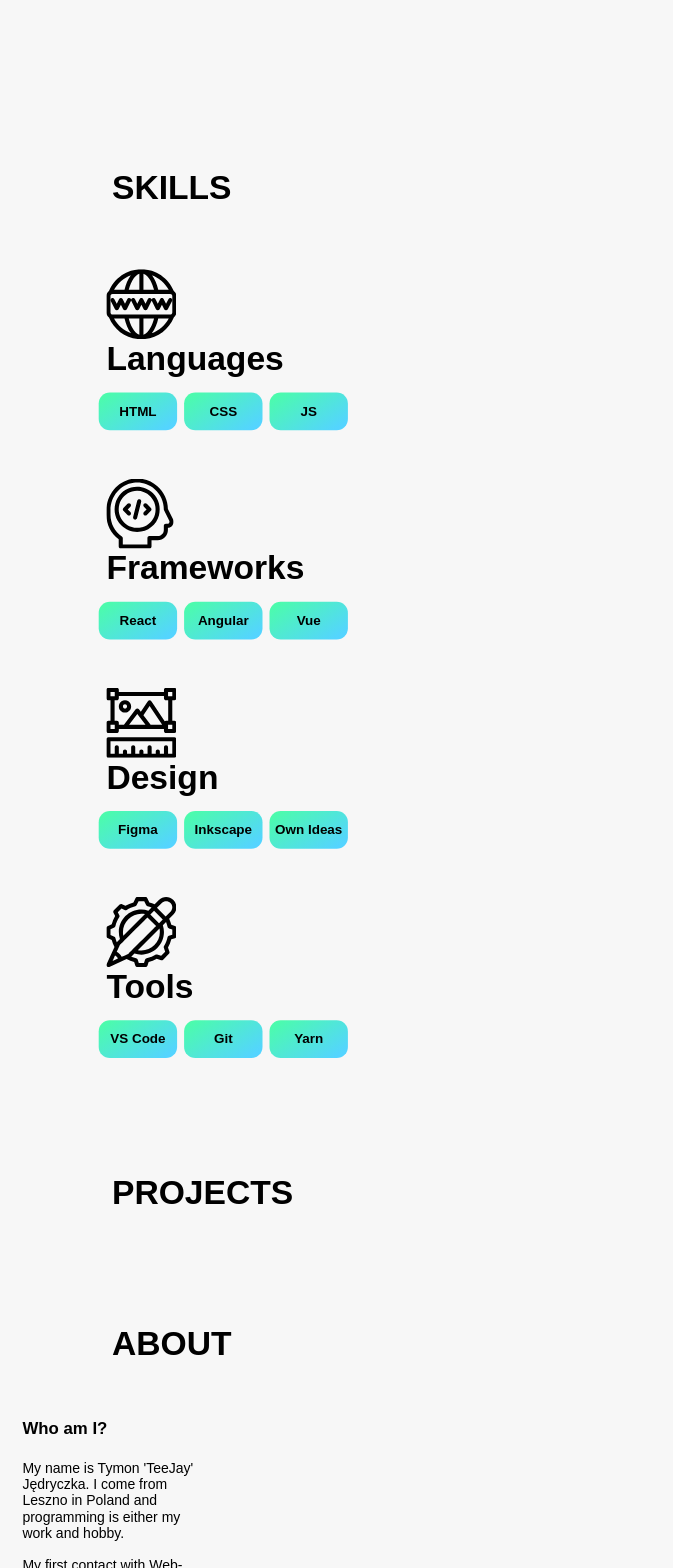
Repository: TeeJaysDev/Portfolio
Page: index.html
An editor plug-in stored every save of this project. The page is shown before and after the next save, followed by the edit.
The browser window is 600 px wide. The page is 961 px wide, so the pictures cover 961 px, including what lies to the right of the window. The pictures show the part of the page from y = 812 to 3052 px (the page is 3948 px tall before and 4046 px after), at 70% of full size.

Above is the page before, as saved 2021-04-26 15:55:28.

### index.html
<!DOCTYPE html>
<html lang="en">
<head>
    <meta charset="UTF-8">
    <meta http-equiv="X-UA-Compatible" content="IE=edge">
    <meta name="viewport" content="width=device-width, initial-scale=1.0">
    <script type="text/javascript" src="script.js"></script>
    <link rel="stylesheet" href="style.css">
    <link href="https://fonts.googleapis.com/css2?family=Raleway&display=swap" rel="stylesheet">
    <link href="https://fonts.googleapis.com/css2?family=Quicksand:wght@700&display=swap" rel="stylesheet">
    <title>Tymon Jędryczka | Portfolio</title>
</head>
<body>
    <nav>
        <a href="#skills"><h3>skills</h3></a>
        <a href="#projects"><h3>projects</h3></a>
        <a href="#about"><h3>about</h3></a>
        <a href="#contact"><h3>contact</h3></a>
    </nav>
    <header>
        <h2 class="welcome_part_h1">h1</h2>
        <h1 class="welcome_part">
            Hi, I'm <strong>Tymon</strong><br>
            I design <strong>and</strong><br>
            build <strong>incredible</strong><br>
            websites / <strong>webapps</strong>
        </h1>
        <h2 class="welcome_part_h2">
            Web Dev and UX/UI Designer from Poland
        </h2>
    </header>
    <main>
        <h1>
            SKILLS
        </h1>
        <section id="skills">
            <div class="languages">
                <div class="box">
                    <div class="image_h2">
                        <img src="Images/svg/languages.svg">
                        <h2>Languages</h2>
                    </div>
                    <div class="text">
                        <li>HTML</li>
                        <li>CSS</li>
                        <li>JS</li>
                    </div>
                </div>
            </div>
            <div class="frameworks">
                <div class="box">
                    <div class="image_h2">
                        <img src="Images/svg/frameworks.svg">
                        <h2>Frameworks</h2>
                    </div>
                    <div class="text">
                        <li>React</li>
                        <li>Angular</li>
                        <li>Vue</li>
                    </div>
                </div>
            </div>
            <div class="design">
                <div class="box">
                    <div class="image_h2">
                        <img src="Images/svg/design.svg">
                        <h2>Design</h2>
                    </div>
                    <div class="text">
                        <li>Figma</li>
                        <li>Inkscape</li>
                        <li>Own Ideas</li>
                    </div>
                </div>
            </div>
            <div class="tools">
                <div class="box">
                    <div class="image_h2">
                        <img src="Images/svg/tools.svg">
                        <h2>Tools</h2>
                    </div>
                    <div class="text">
                        <li>VS Code</li>
                        <li>Git</li>
                        <li>Yarn</li>
                    </div>
                </div>
            </div>
        </section>
        <section id="projects">
            <h1>
                PROJECTS
            </h1>
        </section>
        <section id="about">
            <h1>
                ABOUT
            </h1>
            <h2>
                Who am I?
            </h2>
            <p>
                My name is Tymon 'TeeJay' Jędryczka. I come from Leszno in Poland and programming is either my work and hobby.
                <br><br>
                My first contact with Web- and Front-End Development was in the last class of Primary School. In IT classes we had to make a simple website (text, photos, table - nothing special). And I loved it. I started thinking of becoming a full-time web dev.
                <!-- <br><br> I am also a self-taught dev and with CodeCademy and YouTube I get knowledge of HTML5, CSS3, JS, and its frameworks (React, Angular, Vue). I call myself a 2-in-1 developer 'cause I design things (usually in Figma) and then make them real by writing some code. -->
                <br><br>
                So if you are looking for somebody to hire who is punctual, reliable, has a great deal of knowledge and even though, still want to learn new, useful technologies, my answer is "HERE I AM".
            </p>
        </section>
        <section id="contact">
            <h1>
                CONTACT
            </h1>
        </section>
    </main>
    <footer>
        <h4>2021 &copy; Tymon 'TeeJay' Jędryczka</h4>
        <li><a href="https://facebook.com/tymonjedr/" target="_blank"><img src="Images/svg/facebook.svg" alt="Facebook LOGO"></a></li>
        <li><a href="https://linkedin.com/in/tymon-jedryczka/" target="_blank"><img src="Images/svg/linkedin.svg" alt="LinkedIn LOGO"></a></li>
        <li><a href="https://github.com/TeeJaysDev" target="_blank"><img src="Images/svg/github.svg" alt="GitHub LOGO"></a></li>
        <li><a href="https://stackoverflow.com/users/15029595/teejaysdev" target="_blank"><img src="Images/svg/stack.svg" alt="Stack LOGO"></a></li>
        <li><a href="https://codecademy.com/profiles/TeeJaysDev" target=”_blank”><img src="Images/svg/codecademy.svg" alt="CodeCademy LOGO"></a></li>
    </footer>
</body>
</html>

### style.css
* {
    margin: 0;
    padding: 0;
    font-family: sans-serif;
    text-decoration: none;
}

body {
    background-color: #F7F7F7;
}

nav {
    display: flex;
    justify-content: flex-end;
}

nav a {
    color: #000000;
    padding: 0.938rem;
    margin-top: 2rem;
    margin-right: 3.125rem;
    font-size: 1.563rem;
}

header h1 strong {
    background-image: linear-gradient(147deg, #4bffa5, #54d4ff 90%);
    background-size: 100%;
    background-repeat: repeat;
    background-clip: text;
    -webkit-background-clip: text;
    -webkit-text-fill-color: transparent;
    -moz-background-clip: text;
    -moz-text-fill-color: transparent;
    -webkit-text-stroke: 0.5px black;
}

.welcome_part_h1 {
    font-family: monospace;
    font-size: 3.75rem;
    margin-top: 9rem;
    margin-left: 2.5rem;
    margin-bottom: 0rem;
}

.welcome_part {
    margin-top: 2rem;
    margin-left: 5rem;
    margin-bottom: 2rem;
    font-family: Raleway;
    font-weight: lighter;
    font-size: 5rem;
    min-width: 18ch;
}

.welcome_part_h2 {
    margin-bottom: 18rem;
    margin-left: 4rem;
}

.box .image_h2 {

    justify-items: center;
}

#skills {
    display: grid;
    justify-content: center;
    grid-template-columns: repeat(auto-fit, 400px);
    margin-left: 4.5rem;
}

main h1 {
    font-size: 5rem;
    margin-left: 10rem;
    margin-top: 10rem;
}

.image_h2 {
    display: flex;
    flex-wrap: wrap;
    align-items: flex-start;
    margin: 4rem 20rem 1rem 1rem;
    font-size: 2rem;
}

.text {
    display: flex;
    flex-wrap: wrap;
}

.text li {
    list-style: none;
    margin: 1rem;
    color: #000000;
    font-weight: bold;
    font-size: 1.2rem;
    text-align: center;
    align-items: center;
    border-radius: 1rem;
    margin: 0.3125rem 0.3125rem;
    width: 7rem;
    background-image: linear-gradient(147deg, #4bffa5, #54d4ff 90%);
    padding-top: 1rem;
    padding-bottom: 1rem;
}

#projects h1 {
    margin-top: 10rem;
}

#about p {
    font-size: 1.25rem;
    max-width: 60ch;
    margin-left: 8rem;
    margin-bottom: 5rem;
    margin-top: 2rem;
}

#about h2 {
    margin-left: 5rem;
    margin-top: 3rem;
}

footer, footer h4 {
    color: #C5C4C6;
    background-color: #232429;
    font-family: Arial, Helvetica, sans-serif;
    font-size: 0.938rem;
    font-weight: lighter;
    text-align: center;
    z-index: -1;
    padding-top: 1.875rem;
    padding-bottom: 3.125rem;
}

footer li{
    margin: 0 1.25;
    display: inline;
}

body .error {
    text-align: center;
}

.error p {
    font-family: Quicksand;
    font-weight: 700;
    color: #000000;
    font-size: 20rem;
    margin-top: 5rem;
}

.error button a {
    text-decoration: none;
    text-align: center;
    color: #000000;
    font-size: 2rem;
    padding: 3rem;
}

.error .mainError {
    display: flex;
    text-align: center;
    margin-left: 40rem;
    margin-right: auto;
}

.error img {
    width: 250px;
}

.error button {
    margin-top: 10rem;
}
/* Smartphone (portrait) --- */

@media only screen
and (min-width: 320px)
and (max-width: 767px) {

    nav {
        display: flex;
        justify-content: flex-end;
        margin-right: 1rem;
        margin-top: 0rem;
    }

    nav a {
        padding: 0.938rem;
        margin-top: 2rem;
        margin-right: -1rem;
        font-size: 1rem;
    }

     main .welcome_part_h1 {
        font-family: monospace;
        font-size: 2.5rem;
        margin-top: 9rem;
        margin-left: 1rem;
    }

    main .welcome_part {
        margin-top: 1rem;
        margin-left: 2rem;
        margin-bottom: 2rem;
        font-size: 1.63rem;
        min-width: 18ch;
    }

    main .welcome_part_h2 {
        margin-bottom: 10rem;
        margin-left: 2rem;
        font-size: 1rem;
    }

    main h1 {
        font-size: 3rem;
        margin-bottom: 1.563rem;
    }

    #about p {
        font-size: 1.25rem;
        max-width: 22ch;
        margin-left: 2rem;
        margin-bottom: 5rem;
    }

    #about h2 {
        margin-left: 2rem;
        margin-top: 5rem;
    }

    footer, footer h4 {
        padding-top: 1.875rem;
        padding-bottom: 3.125rem;
        width: 100%;
    }

    footer li{
        margin: 0 1.25;
        display: inline;
    }
}



@media only screen
and (min-width: 768px)
and (max-width: 1024px)
and (orientation: portrait) {

    * {
        margin: 0;
        padding: 0;
        font-family: sans-serif;
        text-decoration: none;
    }

    body {
        background-color: #F7F7F7;
    }

    nav {
        display: flex;
        justify-content: flex-end;
        margin-right: 0rem;
        margin-top: 0rem;
    }

    nav a {
        color: #000000;
        padding: 0.938rem;
        margin-top: 2rem;
        margin-right: 3.125rem;
        font-size: 1.563rem;
    }

     main .welcome_part_h1 {
        font-family: monospace;
        font-size: 3.75rem;
        margin-top: 13rem;
        margin-left: 2.5rem;
        margin-bottom: 0rem;
    }

    main .welcome_part {
        margin-top: 2rem;
        margin-left: 5rem;
        margin-bottom: 2rem;
        font-family: Raleway;
        font-weight: lighter;
        font-size: 3.9rem;
        min-width: 18ch;
    }

    main .welcome_part_h2 {
        margin-bottom: 20rem;
        margin-left: 4rem;
    }

    #about p {
        font-size: 1.25rem;
        max-width: 45ch;
        margin-left: 8rem;
        margin-bottom: 5rem;
    }

    #about h2 {
        margin-left: 5rem;
        margin-top: 5rem;
    }

    #projects h1 {
        width: 15%;
        margin-top: 3rem;
    }

    #about h1 {
        width: 15%;
    }

    #contact h1 {
        width: 17%;
    }

    footer, footer h4 {
        color: #C5C4C6;
        background-color: #232429;
        font-family: Arial, Helvetica, sans-serif;
        font-size: 0.938rem;
        font-weight: lighter;
        text-align: center;
        z-index: -1;
        width: 100%;
        padding-top: 1.875rem;
        padding-bottom: 3.125rem;
    }

    body .error {
        text-align: center;
    }

    .error p {
        font-family: Quicksand;
        font-weight: 700;
        color: #000000;
        font-size: 20rem;
        margin-top: 5rem;
    }

    .error button a {
        text-decoration: none;
        text-align: center;
        color: #000000;
        font-size: 2rem;
        padding: 3rem;
    }

    .error .mainError {
        display: flex;
        text-align: center;
        margin-left: 40rem;
        margin-right: auto;
    }

    .error img {
        width: 250px;
    }

    .error button {
        margin-top: 10rem;
    }
}

@media only screen
and (min-width: 953)
and (max-width: 1230) {
     p {
        margin-left: 1rem;
    }
}

@media only screen
and (min-width: 550px)
and (max-width: 700px) {
    main .welcome_part_h1 {
        font-family: monospace;
        font-size: 3.75rem;
        margin-top: 13rem;
        margin-left: 2.5rem;
        margin-bottom: 0rem;
    }

    main .welcome_part {
        margin-top: 2rem;
        margin-left: 5rem;
        margin-bottom: 2rem;
        font-size: 2.6rem;
    }

    main .welcome_part_h2 {
        margin-bottom: 20rem;
        margin-left: 4rem;
    }
}

@media only screen
and (min-width: 1920px) {
    main .welcome_part_h1 {
        font-family: monospace;
        font-size: 3.75rem;
        margin-top: 13rem;
        margin-left: 2.5rem;
        margin-bottom: 0rem;
    }

    main .welcome_part {
        margin-top: 2rem;
        margin-left: 5rem;
        margin-bottom: 2rem;
        font-size: 5rem;
    }

    main .welcome_part_h2 {
        margin-bottom: 20rem;
        margin-left: 4rem;
        font-size: 2.5rem;
    }
}

@media only screen
and (max-width: 950) {

}

Loaded but not shown: script.js (no stored copy; drawn as an empty file)

After the next save:
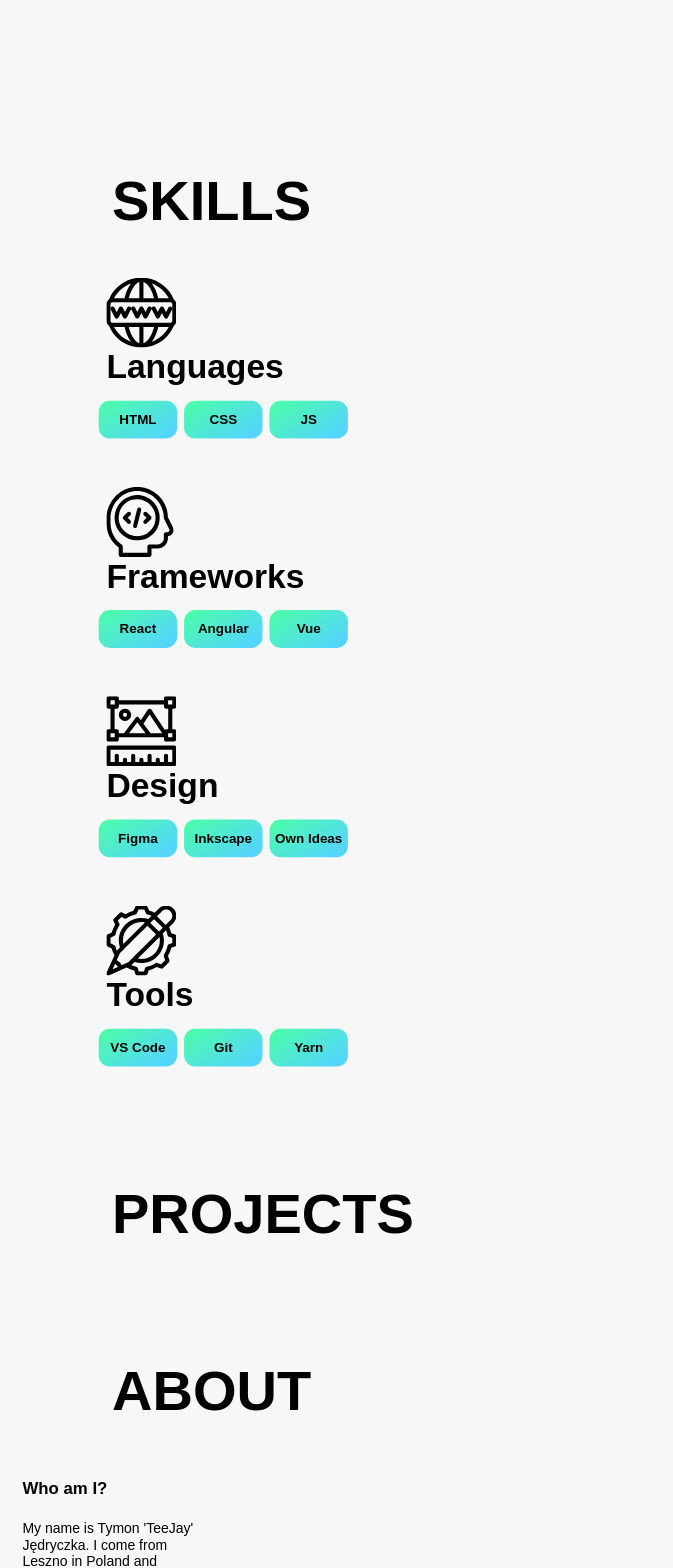
Saved 67 s later.
--- a/style.css
+++ b/style.css
@@ -213,10 +213,7 @@ and (max-width: 767px) {
         font-size: 1rem;
     }
 
-    main h1 {
-        font-size: 3rem;
-        margin-bottom: 1.563rem;
-    }
+
 
     #about p {
         font-size: 1.25rem;
